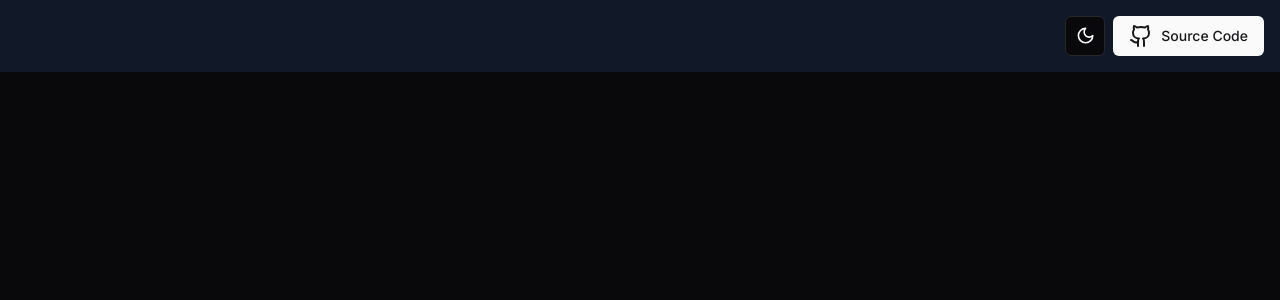
Repository: Young-Dev001/weather-app
Page: /
The author's editor kept a copy of each file at every save. The page is drawn from the files as they stood at one save, then again after the next save.
The browser window is 1280 px wide. The pictures show the whole page.
The project was rebuilt for these pictures with package versions that can differ from the ones it lists, and the page was loaded fresh each time. The framework's server and built-in components were replaced by stand-ins that run in the browser. Also part of the build but not shown: next.config.mjs.

Above is the page before, as saved 2024-06-09 11:49:07.

After the next save:
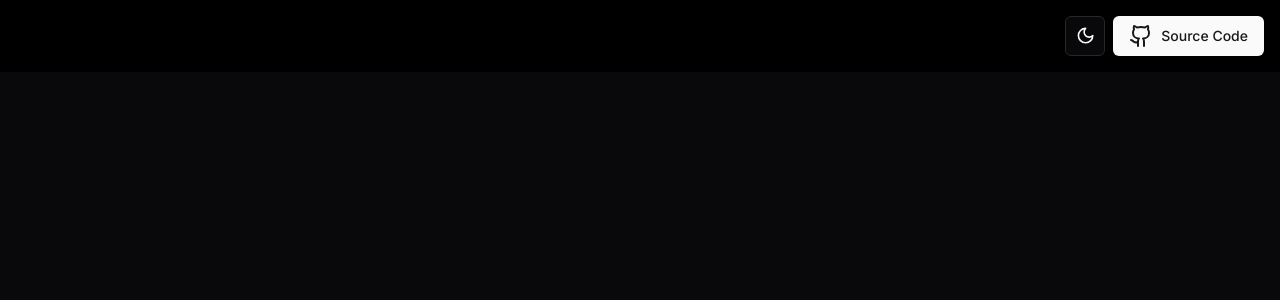
Saved 18 s later.
--- a/components/Navbar.tsx
+++ b/components/Navbar.tsx
@@ -10,7 +10,7 @@ function Navbar() {
   const router = useRouter();
 
   return (
-    <div className="bg-white border-gray-200 dark:bg-gray-900 flex items-center justify-between p-4">
+    <div className="bg-white border-gray-200 dark:bg-black flex items-center justify-between p-4">
       <div className="left">
         {/* Add your left side content here if needed */}
       </div>
